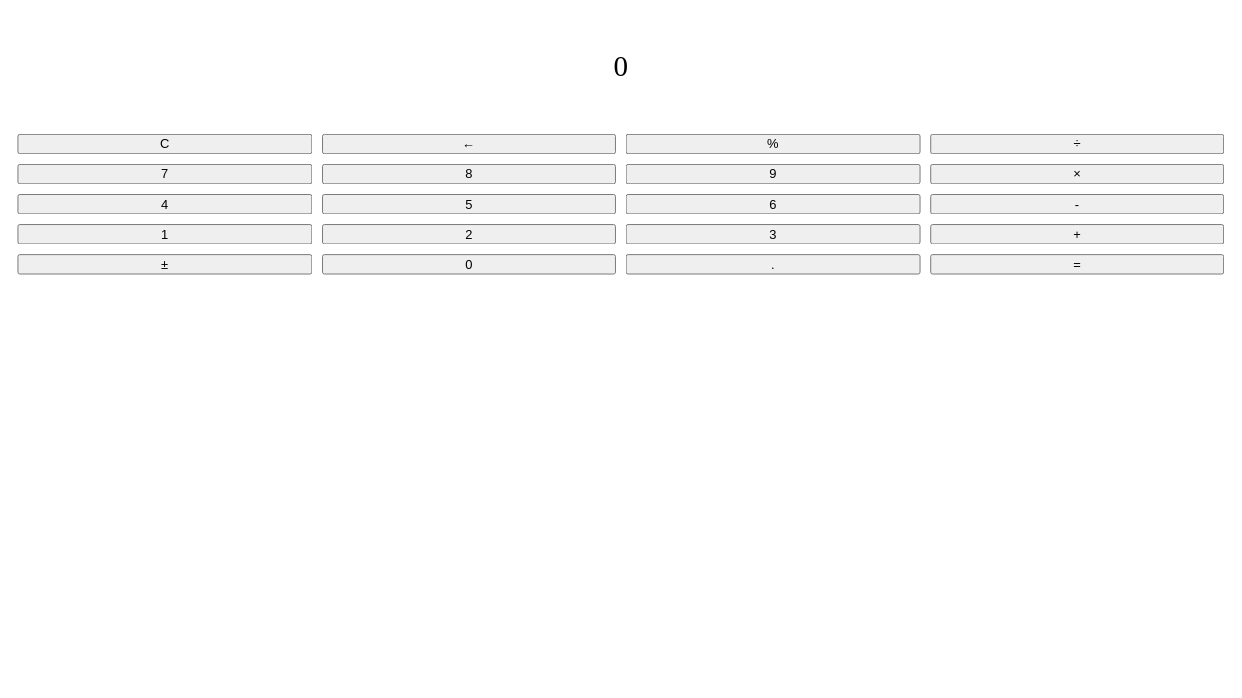
Repository: TEazy2433/LAB-calculator
Page: index.html
The author's editor kept a copy of each file at every save. The page is drawn from the files as they stood at one save, then again after the next save.
The browser window is 1280 px wide. The pictures show the whole page, at 97% of full size.

Above is the page before, as saved 2023-10-12 16:57:58.

### index.html
<!DOCTYPE html>
<html lang="en">
<head>
  <meta charset="UTF-8">
  <meta name="viewport" content="width=device-width, initial-scale=1.0">
  <title>Calculator</title>
  <link rel="stylesheet" href="main.css">
</head>
<body>
  <div id="calculator">
    <div class="display">0</div>
    <div class="buttons">
      <button class="operator" value="clear">C</button>
      <button class="operator" value="backspace">&larr;</button>
      <button class="operator" value="%">%</button>
      <button class="operator" value="/">&divide;</button>
      <button value="7">7</button>
      <button value="8">8</button>
      <button value="9">9</button>
      <button class="operator" value="*">&times;</button>
      <button value="4">4</button>
      <button value="5">5</button>
      <button value="6">6</button>
      <button class="operator" value="-">-</button>
      <button value="1">1</button>
      <button value="2">2</button>
      <button value="3">3</button>
      <button class="operator" value="+">+</button>
      <button class="operator" value="+/-">&plusmn;</button>
      <button value="0">0</button>
      <button class="operator" value=".">.</button>
      <button class="operator" value="=">=</button>
    </div>
  </div>
</body>
<script data-two_delay_id="two_6528699b8a3ce" data-two_delay_src="script.js"></script>
</html>

</body>
</html>

### main.css
.container{
  max-width: 400px;
  margin: 15vh auto 0 auto;
  box-shadow: 10px 10px 45px 20px;
}

.display{
  text-align: center;
  height: 80px;
  line-height: 80px;
  padding: 20px 10px;
  font-size: 30px;
}

.buttons{
  display: grid;
  grid-template-columns: repeat(4, 1fr);
  grid-gap: 10px;
  padding: 10px;
}

After the next save:
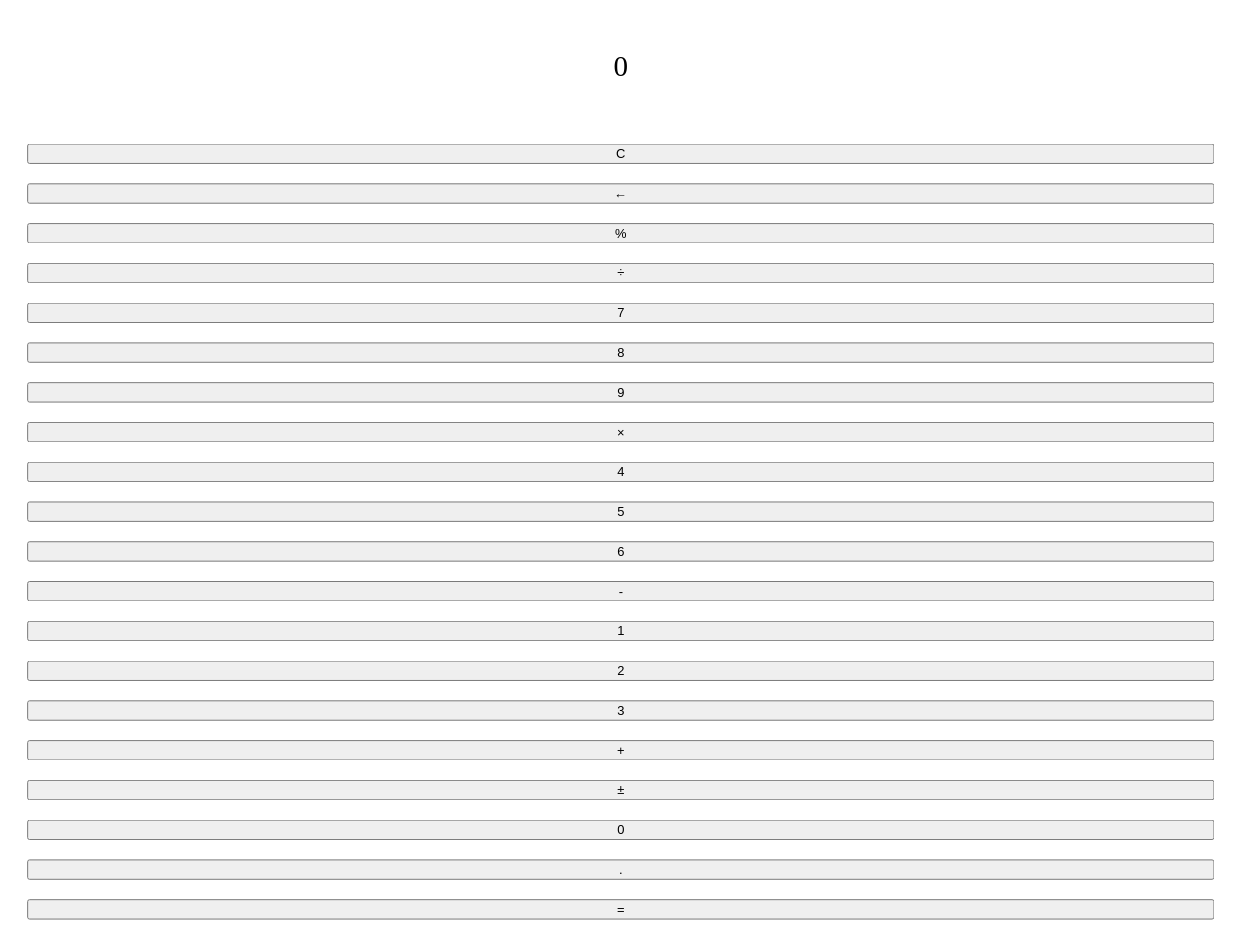
Saved 60 s later.
--- a/main.css
+++ b/main.css
@@ -14,7 +14,7 @@
 
 .buttons{
   display: grid;
-  grid-template-columns: repeat(4, 1fr);
-  grid-gap: 10px;
-  padding: 10px;
+  grid-template-columns: repeat(5);
+  grid-gap: 20px;
+  padding: 20px;
 }
